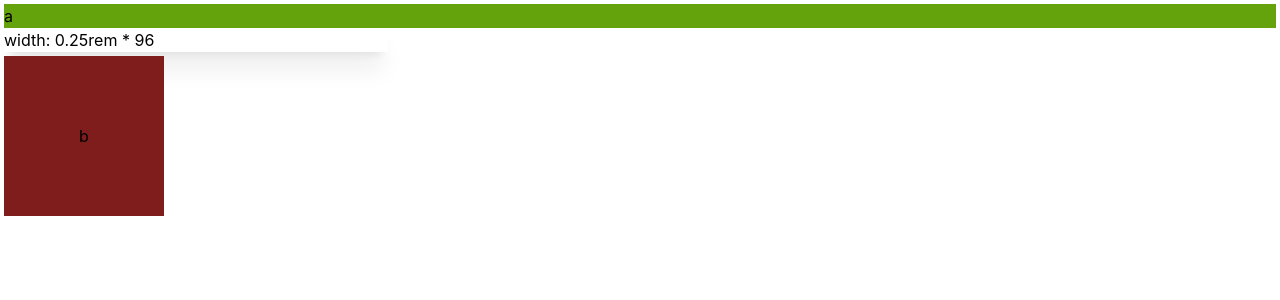
Repository: wogml3270/react-test-server
Page: /
The author's editor kept a copy of each file at every save. The page is drawn from the files as they stood at one save, then again after the next save.
The browser window is 1280 px wide. The pictures show the whole page.
The project was rebuilt for these pictures with package versions that can differ from the ones it lists, and the page was loaded fresh each time. Also part of the build but not shown: src/App.css.

Above is the page before, as saved 2022-08-14 17:01:25.

After the next save:
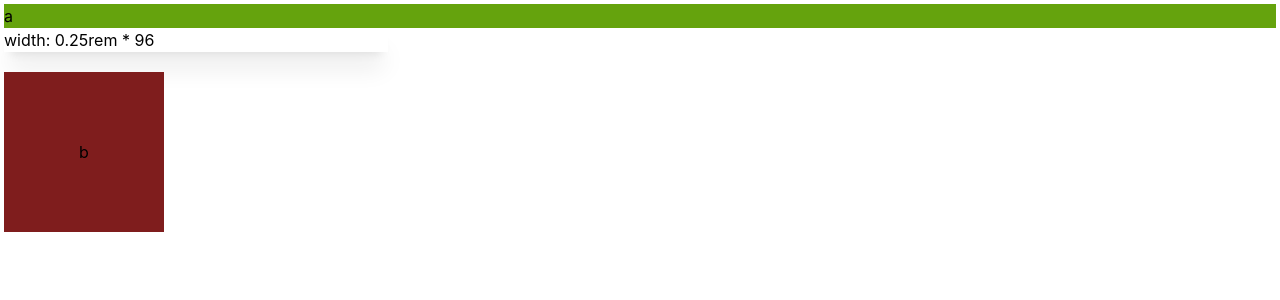
Saved 9 s later.
--- a/src/App.js
+++ b/src/App.js
@@ -7,7 +7,7 @@ function App() {
       <div className="m-1">
         <div className="bg-lime-600">a</div>
         <div className="w-96 shadow-xl">width: 0.25rem * 96</div>
-        <h1 className="bg-red-900 h-40 w-40 flex justify-center items-center mt-1">b</h1>
+        <h1 className="bg-red-900 h-40 w-40 flex justify-center items-center mt-5">b</h1>
       </div>
     </>
   );
